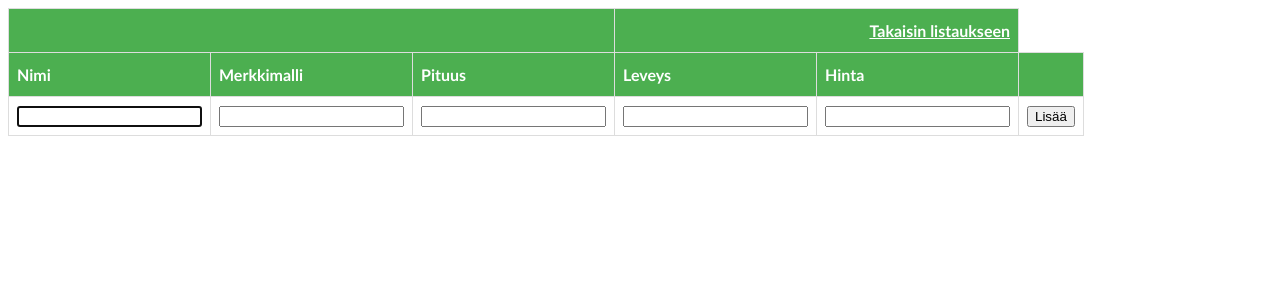
Repository: a1503589/ohjelmointi2-lopputyo
Page: http://localhost/autot/lisaavene.jsp
An editor plug-in stored every save of this project. The page is shown before and after the next save, followed by the edit.
The browser window is 1280 px wide. The pictures show the whole page.
The page is served by Tomcat 9. Other server files are loaded and not shown.

Above is the page before, as saved 2021-12-14 16:43:46.

### autot/src/main/webapp/lisaavene.jsp
<%@ page language="java" contentType="text/html; charset=ISO-8859-1"
    pageEncoding="ISO-8859-1"%>
<!DOCTYPE html>
<html>
<head>
<meta charset="ISO-8859-1">
<script src="scripts/main.js"></script>
<link rel="stylesheet" type="text/css" href="css/main.css">
<title>Lisää vene</title>
</head>
<body onkeydown="tutkiKey(event)">
<form id="tiedot">
	<table>
		<thead>
			<tr>
				<th colspan="3" id="ilmo"></th>
				<th colspan="2" class="oikealle"><a href="listaaveneet.jsp" id="takaisin">Takaisin listaukseen</a></th>
			</tr>
			<tr>
				<th>Nimi</th>
				<th>Merkkimalli</th>
				<th>Pituus</th>
				<th>Leveys</th>
				<th>Hinta</th>
				<th></th>
			</tr>
		</thead>
		<tbody>
			<tr>
				<td><input type="text" name="nimi" id="nimi"></td>
				<td><input type="text" name="merkkimalli" id="merkkimalli"></td>
				<td><input type="text" name="pituus" id="pituus"></td>
				<td><input type="text" name="leveys" id="leveys"></td>
				<td><input type="text" name="hinta" id="hinta"></td>
				<td><input type="button" name="nappi" id="tallenna" value="Lisää" onclick="lisaaTiedot()"></td>
			</tr>
		</tbody>
	</table>
</form>
<span id="ilmo"></span>
</body>
<script>
function tutkiKey(event){
	if(event.keyCode==13){//Enter
		lisaaTiedot();
	}

}

document.getElementById("nimi").focus();//viedään kursori rekno-kenttään sivun latauksen yhteydessä

//funktio tietojen lisäämistä varten. Kutsutaan backin POST-metodia ja välitetään kutsun mukana uudet tiedot json-stringinä.
//POST /autot/
function lisaaTiedot(){
	var ilmo="";

	var nimi = document.getElementById("nimi").value;
	var merkkimalli = document.getElementById("merkkimalli").value;
	var pituus = document.getElementById("pituus").value;
	var leveys = document.getElementById("leveys").value;
	var hinta = document.getElementById("hinta").value;

	if(nimi.length<2||merkkimalli.length<2||pituus*1!=pituus||leveys*1!=leveys||hinta*1!=hinta){
		document.getElementById("ilmo").innerHTML = "Antamasi arvot eivät kelpaa!"
		return;
	}

	if(ilmo!=""){
		document.getElementById("ilmo").innerHTML=ilmo;
		setTimeout(function(){ document.getElementById("ilmo").innerHTML=""; }, 3000);
		return;
	}
	document.getElementById("nimi").value=siivoa(document.getElementById("nimi").value);
	document.getElementById("merkkimalli").value=siivoa(document.getElementById("merkkimalli").value);
	document.getElementById("pituus").value=siivoa(document.getElementById("pituus").value);
	document.getElementById("leveys").value=siivoa(document.getElementById("leveys").value);
	document.getElementById("hinta").value=siivoa(document.getElementById("hinta").value);

	var formJsonStr=formDataToJSON(document.getElementById("tiedot")); //muutetaan lomakkeen tiedot json-stringiksi
	//Lähetään uudet tiedot backendiin
	fetch("veneet",{//Lähetetään kutsu backendiin
	      method: 'POST',
	      body:formJsonStr
	    })
	.then( function (response) {//Odotetaan vastausta ja muutetaan JSON-vastaus objektiksi
		return response.json()
	})
	.then( function (responseJson) {//Otetaan vastaan objekti responseJson-parametrissä
		var vastaus = responseJson.response;
		if(vastaus==0){
			document.getElementById("ilmo").innerHTML= "Asiakkaan lisääminen epäonnistui";
      	}else if(vastaus==1){
      		document.getElementById("ilmo").innerHTML= "Asiakkaan lisääminen onnistui";
		}
		setTimeout(function(){ document.getElementById("ilmo").innerHTML=""; }, 5000);
	});
	document.getElementById("tiedot").reset(); //tyhjennetään tiedot -lomake
}
</script>
</html>

### autot/src/main/webapp/scripts/main.js

function requestURLParam(sParam){
    var sPageURL = window.location.search.substring(1);
    var sURLVariables = sPageURL.split("&");
    for (var i = 0; i < sURLVariables.length; i++){
        var sParameterName = sURLVariables[i].split("=");
        if(sParameterName[0] == sParam){
            return sParameterName[1];
        }
    }
}
function formDataToJSON(data){
	var returnStr="{";
	for(var i=0; i<data.length; i++){
		returnStr+="\"" +data[i].name + "\":\"" + data[i].value + "\",";
	}
	returnStr = returnStr.substring(0, returnStr.length - 1); //poistetaan viimeinen pilkku
	returnStr+="}";
	return returnStr;
}

function siivoa(teksti){
	teksti=teksti.replace("<","");
	teksti=teksti.replace(";","");
	teksti=teksti.replace("'","''");
	teksti=teksti.replace(" ", "&nbsp;")
	teksti=teksti.replace(",", ".")
	return teksti;
}

### autot/src/main/webapp/css/main.css
@charset "ISO-8859-1";
table {
  font-family: "Trebuchet MS", Arial, Helvetica, sans-serif;
  border-collapse: collapse;
  width: 50%;
}

table td, table th {
  border: 1px solid #ddd;
  padding: 8px;
}

table tbody tr:nth-child(even){background-color: #f2f2f2;}

table tbody tr:hover {background-color: #ddd;}

table th {
  padding-top: 12px;
  padding-bottom: 12px;
  text-align: left;
  background-color: #4CAF50;
  color: white;
}

.poista{
	color: red;
	text-decoration: underline;
	cursor: pointer;
}

.oikealle{
	text-align: right;

}

#uusi, #takaisin{
	color: white;
	cursor: pointer;
}

After the next save:
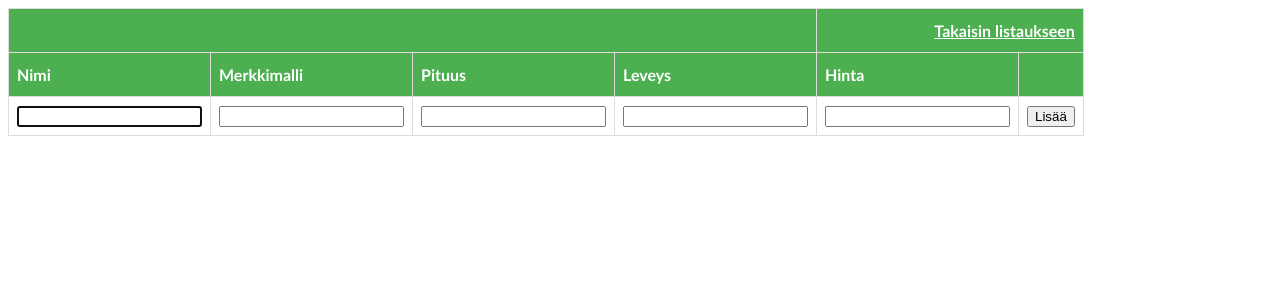
Saved 15 s later.
--- a/autot/src/main/webapp/lisaavene.jsp
+++ b/autot/src/main/webapp/lisaavene.jsp
@@ -13,7 +13,7 @@
 	<table>
 		<thead>
 			<tr>
-				<th colspan="3" id="ilmo"></th>
+				<th colspan="4" id="ilmo"></th>
 				<th colspan="2" class="oikealle"><a href="listaaveneet.jsp" id="takaisin">Takaisin listaukseen</a></th>
 			</tr>
 			<tr>

After the 4 saves that followed:
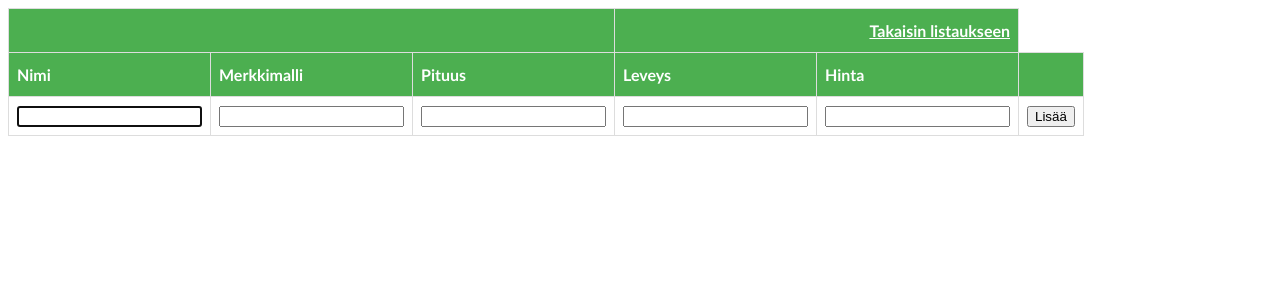
The 4 saves are shown as one change because 3 left the picture as it was.
The last was saved 5 min 28 s later.
--- a/autot/src/main/webapp/lisaavene.jsp
+++ b/autot/src/main/webapp/lisaavene.jsp
@@ -13,7 +13,7 @@
 	<table>
 		<thead>
 			<tr>
-				<th colspan="4" id="ilmo"></th>
+				<th colspan="3" id="ilmo"></th>
 				<th colspan="2" class="oikealle"><a href="listaaveneet.jsp" id="takaisin">Takaisin listaukseen</a></th>
 			</tr>
 			<tr>
@@ -54,12 +54,6 @@
 function lisaaTiedot(){
 	var ilmo="";
 
-	var nimi = document.getElementById("nimi").value;
-	var merkkimalli = document.getElementById("merkkimalli").value;
-	var pituus = document.getElementById("pituus").value;
-	var leveys = document.getElementById("leveys").value;
-	var hinta = document.getElementById("hinta").value;
-
 	if(nimi.length<2||merkkimalli.length<2||pituus*1!=pituus||leveys*1!=leveys||hinta*1!=hinta){
 		document.getElementById("ilmo").innerHTML = "Antamasi arvot eivät kelpaa!"
 		return;
